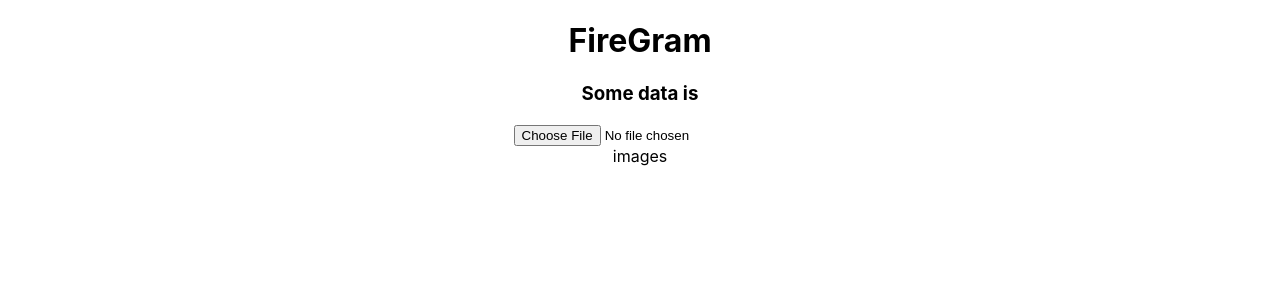
Repository: Prafullkuma/gallary
Page: /
The author's editor kept a copy of each file at every save. The page is drawn from the files as they stood at one save, then again after the next save.
The browser window is 1280 px wide. The pictures show the whole page.
The page's requests for data from a server got no answer. The project was rebuilt for these pictures with package versions that can differ from the ones it lists, and the page was loaded fresh each time. No one was signed in, and anything a server would have sent is missing. Also part of the build but not shown: src/Hooks/UseStorage.js, src/Component/progressBar.css, src/Component/ProgressBar.js.

Above is the page before, as saved 2020-08-02 13:19:34.

### src/App.js
import React from 'react';
import Title from './Component/TItle'
import './App.css';
import UploadFrom from './Component/UploadFrom';
import ImageGrid from './Component/ImageGrid'
function App() {
  return (
    <div className="App">
      <Title />
      <UploadFrom />
      <ImageGrid />
    </div>
  );
}

export default App;

### src/Component/TItle.js
import React from 'react'

function TItle() {
    return (
        <div>
            <h1>FireGram</h1>
            <h3>Some data is </h3>
        </div>
    )
}

export default TItle

### src/Component/UploadFrom.js
import React, { useState } from 'react'
import ProgressBar from './ProgressBar'

function UploadFrom() {
    const [file, setFile] = useState(null)
    const [error, setError] = useState(null)
    const type = ['image/png', 'image/jpeg']

    const changeHanlder = (e) => {
        let selectedFile = e.target.files[0]
        if (selectedFile && type.includes(selectedFile.type)) {
            setFile(selectedFile)
        }
        else {
            setFile(null);
            setError('please select an image {png or jpeg}')
        }
    }
    return (
        <div>
            <form>
                <input type="file"
                    onChange={changeHanlder} />
                <div className="output">
                    {error && <div className="error">{error}</div>}
                    {file && <div className="Found">{file.name}</div>}
                    {file && <ProgressBar file={file} setFile={setFile} />}
                </div>
            </form>
        </div>
    )
}

export default UploadFrom

### src/Component/ImageGrid.js
import React from 'react'
import useFirestore from '../Hooks/USeFirestore'

function Images() {
    const {docs}=useFirestore('images')
    console.log(docs)
    return (
        <div className="imggrid">
            images

        </div>
    )
}

export default Images

### src/Hooks/USeFirestore.js
import { useEffect, useState } from 'react'
import { projectFirestore } from '../config'
const useFirestore = (collection) => {
    const [docs, setDoc] = useState([])
    useEffect(() => {
        const unsub = projectFirestore.collection(collection)
            .orderBy('createdAt', 'desc')
            .onSnapshot((snapShot) => {
                let documents = []
                snapShot.forEach(doc => {
                    documents.push({ ...doc.data(), id: doc.id })
                })
                setDoc(documents)
            })
        return () => unsub();
    }, [collection])
    return { docs }
}
export default useFirestore

### src/config.js
import * as firebase from 'firebase'
import 'firebase/storage'
import 'firebase/firestore'


var firebaseConfig = {
    apiKey: "AIzaSyAJXgec7a35K18UR82DQnNZ5Vq6bi2Bnl8",
    authDomain: "projectdata-52ab0.firebaseapp.com",
    databaseURL: "https://projectdata-52ab0.firebaseio.com",
    projectId: "projectdata-52ab0",
    storageBucket: "projectdata-52ab0.appspot.com",
    messagingSenderId: "510832222432",
    appId: "1:510832222432:web:044ab9e39decf2a85bf085",
    measurementId: "G-NB4XCSEG3Z"
};
// Initialize Firebase
firebase.initializeApp(firebaseConfig);
const projectStorage = firebase.storage();
const projectFirestore = firebase.firestore();
const timestamp = firebase.firestore.FieldValue.serverTimestamp
firebase.analytics();

export { projectStorage, projectFirestore, timestamp }

Loaded but not shown: public/index.html (common file); src/index.js (common file); src/index.css (common file); src/App.css (common file)

After the next save:
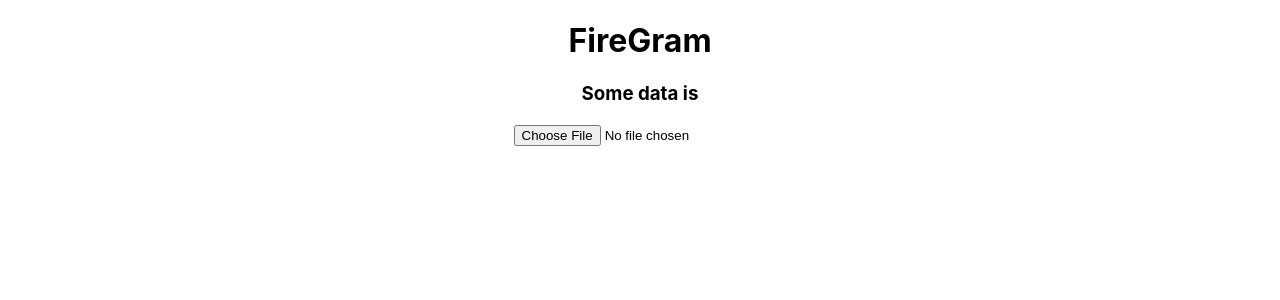
Saved 4 min 14 s later.
--- a/src/Component/ImageGrid.js
+++ b/src/Component/ImageGrid.js
@@ -2,11 +2,15 @@ import React from 'react'
 import useFirestore from '../Hooks/USeFirestore'
 
 function Images() {
-    const {docs}=useFirestore('images')
+    const { docs } = useFirestore('images')
     console.log(docs)
     return (
         <div className="imggrid">
-            images
+            {docs && docs.map(doc => (
+                <div className="imgGrid" key={doc.id}>
+                    <img src={doc.url} alt='uploaded pic' />
+                </div>
+            ))}
 
         </div>
     )
